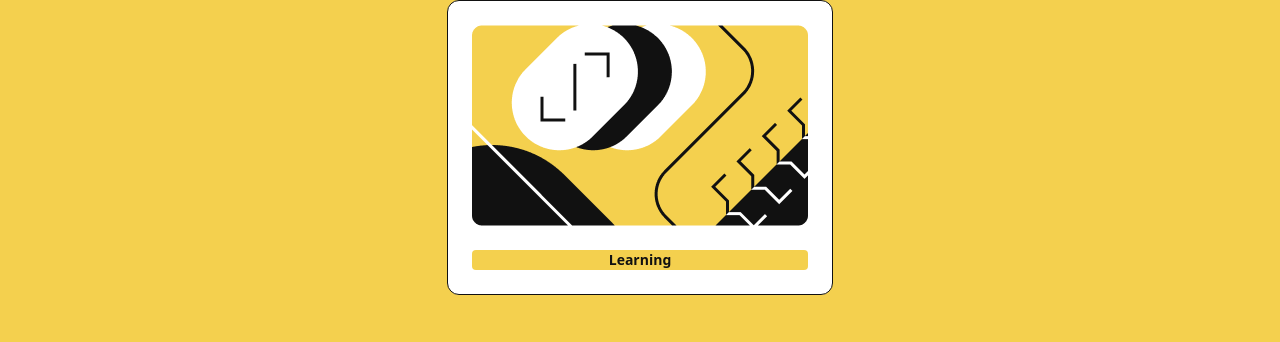
Repository: orcunelektirikci/fe-mentor-blogprev
Page: index.html
An editor plug-in stored every save of this project. The page is shown before and after the next save, followed by the edit.
The browser window is 1280 px wide. The pictures show the whole page.
Some web libraries are served in a nearby version.

Above is the page before, as saved 2024-04-12 16:49:09.

After the next save:
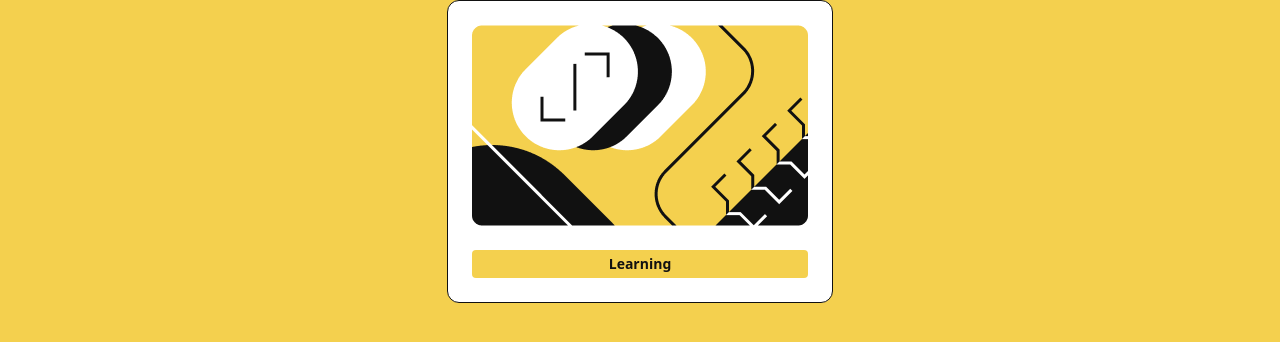
Saved 7 s later.
--- a/index.html
+++ b/index.html
@@ -12,7 +12,7 @@
 
     <div class="bg-white border-[1px] rounded-xl border-black p-6 flex flex-col justify-evenly space-y-6">
         <img src="assets/img/blogimage.png" alt="">
-        <button class="bg-yellow rounded font-semibold text-black inline text-sm p" type="button">Learning</button>
+        <button class="bg-yellow rounded font-semibold text-black inline text-sm py-1 px-2" type="button">Learning</button>
     </div>
 
     <script src="/assets/js/main.js"></script>
